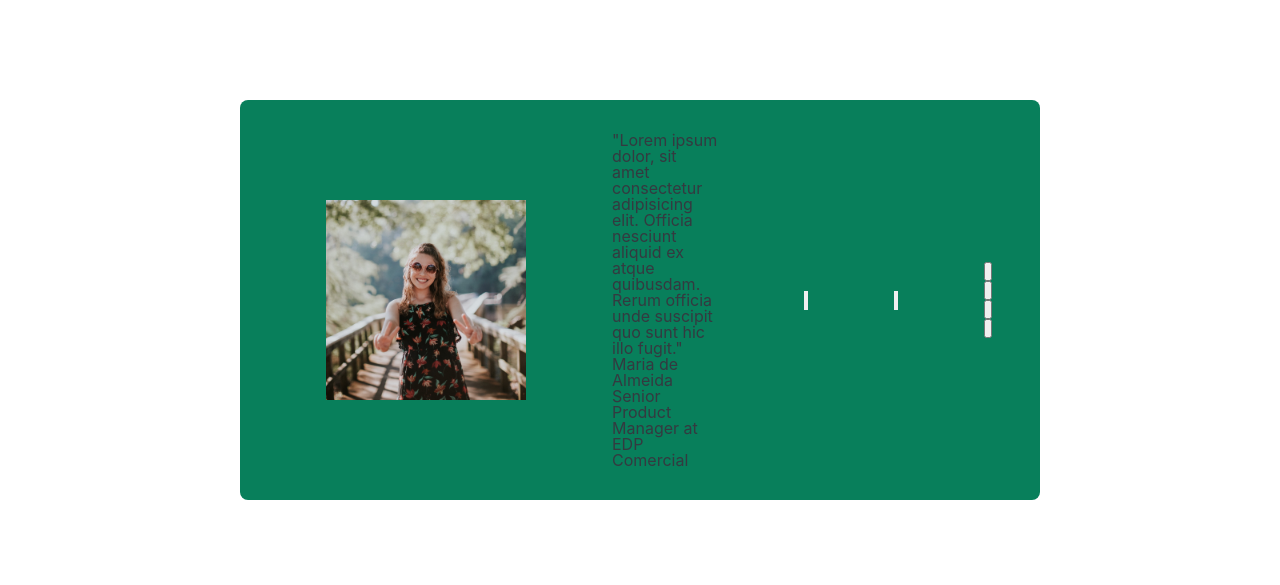
Repository: nghiakma/HTML-CSS-Fundamental
Page: Component_LayoutPatterns/carousel.html
The author's editor kept a copy of each file at every save. The page is drawn from the files as they stood at one save, then again after the next save.
The browser window is 1280 px wide. The pictures show the whole page.

Above is the page before, as saved 2023-08-26 11:40:13.

After the next save:
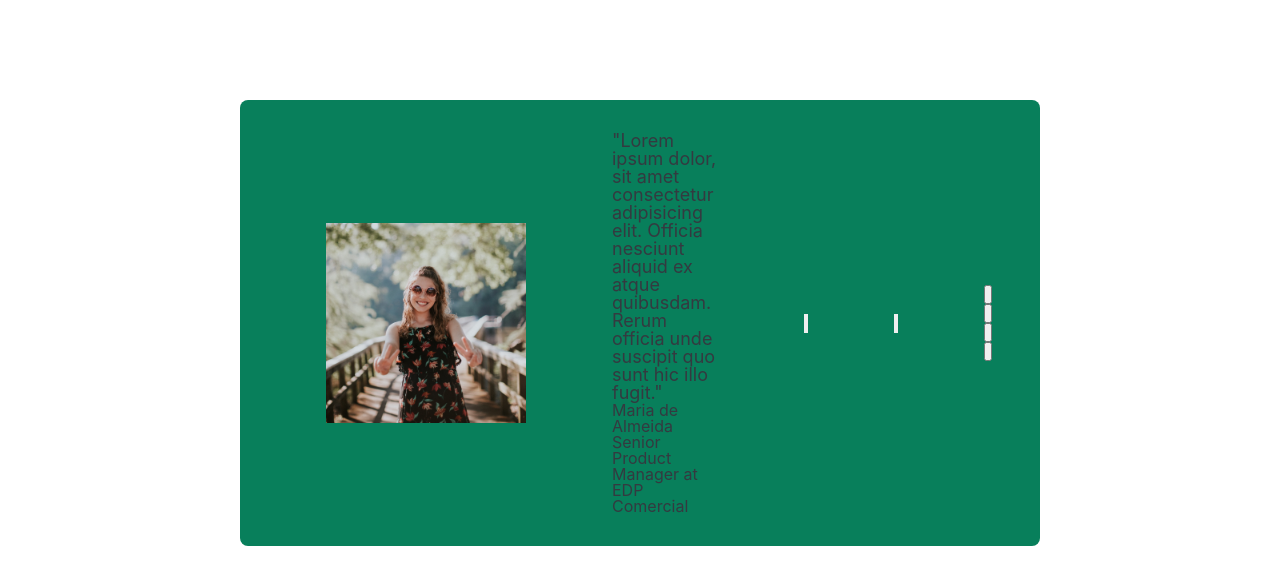
Saved 25 s later.
--- a/Component_LayoutPatterns/carousel.html
+++ b/Component_LayoutPatterns/carousel.html
@@ -32,6 +32,10 @@
 
     img {
       height: 200px;
+    }
+
+    .testimonial-text {
+      font-size: 18px;
     }
   </style>
 </head>
